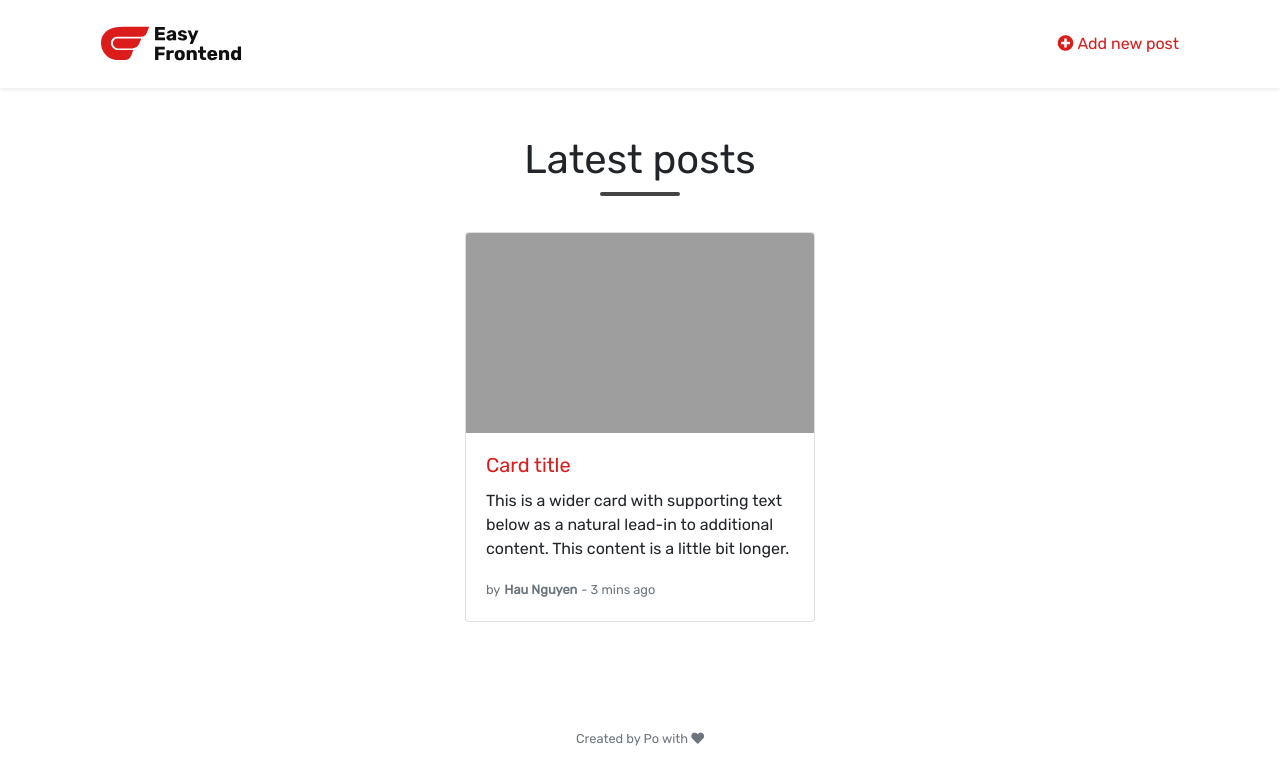
Repository: nptg3105/Post-UI-Project
Page: index.html
The author's editor kept a copy of each file at every save. The page is drawn from the files as they stood at one save, then again after the next save.
The browser window is 1280 px wide. The pictures show the whole page.
Pictures or frames that could not be fetched are drawn as grey boxes. Some web libraries are served in a nearby version.

Above is the page before, as saved 2022-07-10 20:52:14.

### index.html
<!DOCTYPE html>
<html lang="en">
  <head>
    <meta charset="UTF-8" />
    <meta name="viewport" content="width=device-width, initial-scale=1.0" />
    <meta http-equiv="X-UA-Compatible" content="ie=edge" />
    <title>Posts UI</title>

    <link rel="shortcut icon" href="images/favicon.png" type="image/png" />

    <!-- Bootstrap CSS -->
    <link
      rel="stylesheet"
      href="https://stackpath.bootstrapcdn.com/bootstrap/4.3.1/css/bootstrap.min.css"
      integrity="sha384-ggOyR0iXCbMQv3Xipma34MD+dH/1fQ784/j6cY/iJTQUOhcWr7x9JvoRxT2MZw1T"
      crossorigin="anonymous"
    />

    <!-- Font awesome -->
    <link
      rel="stylesheet"
      href="https://use.fontawesome.com/releases/v5.8.2/css/all.css"
      integrity="sha384-oS3vJWv+0UjzBfQzYUhtDYW+Pj2yciDJxpsK1OYPAYjqT085Qq/1cq5FLXAZQ7Ay"
      crossorigin="anonymous"
    />

    <!-- Use font Rubik -->
    <link href="https://fonts.googleapis.com/css?family=Rubik&display=swap" rel="stylesheet" />

    <!-- Internal CSS -->
    <link rel="stylesheet" href="/style/main.css" />
    <link rel="stylesheet" href="/style/home.css" />
  </head>

  <body>
    <!-- This is a template HTML for a post item -->
    <template id="postItemTemplate">
      <li class="col-12 col-md-6 col-lg-4">
        <div class="post-item mb-4">
          <div class="card">
            <img data-id="thumbnail" src="images/recipe.jpg" class="card-img-top" alt="recipe" />

            <div class="card-body">
              <h5 data-id="title" class="card-title">Card title</h5>

              <p data-id="description" class="card-text">
                This is a wider card with supporting text below as a natural lead-in to additional content. This content
                is a little bit longer.
              </p>

              <p class="card-text">
                <small class="text-muted">by</small>
                <small data-id="author" class="text-muted font-weight-bold"> Hau Nguyen </small>
                <small data-id="timeSpan" class="text-muted"> - 3 mins ago </small>
              </p>
            </div>
          </div>

          <div class="post-item-menu">
            <div data-id="edit" class="menu-item rounded-circle" role="button">
              <i class="fas fa-pen"></i>
            </div>
            <div data-id="remove" class="remove-button menu-item rounded-circle" role="button">
              <i class="fas fa-trash"></i>
            </div>
          </div>
        </div>
      </li>
    </template>

    <header>
      <!-- Navigation
      - Please note that we use an empty item to make sure that we always have 3 flex-items
        so logo is at centered, and the left and the right item can be optional by leaving it empty
    -->
      <nav class="top-nav shadow-sm py-3">
        <div class="container">
          <ul class="nav justify-content-between align-items-center">
            <li class="nav-item">
              <a class="nav-link" href="">
                <img class="nav__logo" src="images/logo.svg" alt="Logo Nordic Coder" />
              </a>
            </li>

            <li class="nav-item">
              <a class="nav-link" href="add-edit-post.html"><i class="fas fa-plus-circle mr-1"></i>Add new post</a>
            </li>
          </ul>
        </div>
      </nav>
    </header>

    <main>
      <section class="posts-section">
        <div class="container">
          <h1 class="with-underline text-center">Latest posts</h1>

          <!-- Posts list -->
          <ul id="postsList" class="row posts-list justify-content-center">
            <li class="col-12 col-md-6 col-lg-4">
              <div class="post-item mb-4">
                <div class="card">
                  <img
                    src="images/recipe.jpg"
                    class="card-img-top"
                    alt="recipe"
                    onerror="this.onerror=null;this.src='https://picsum.photos/1368/400';"
                  />

                  <div class="card-body">
                    <h5 class="card-title">Card title</h5>

                    <p class="card-text">
                      This is a wider card with supporting text below as a natural lead-in to additional content. This
                      content is a little bit longer.
                    </p>

                    <p class="card-text">
                      <small class="text-muted">by</small>
                      <small class="text-muted font-weight-bold">Hau Nguyen</small>
                      <small class="text-muted">- 3 mins ago</small>
                    </p>
                  </div>
                </div>

                <div class="post-item-menu">
                  <div class="menu-item rounded-circle">
                    <i class="fas fa-pen"></i>
                  </div>
                  <div class="menu-item rounded-circle">
                    <i class="fas fa-trash"></i>
                  </div>
                </div>
              </div>
            </li>
          </ul>

          <!-- Posts pagination -->
          <nav class="posts-nav" aria-label="Posts navigation">
            <ul hidden id="postsPagination" class="pagination justify-content-center">
              <li class="page-item">
                <a class="page-link" href="#" aria-label="Previous">
                  <span aria-hidden="true">&laquo;</span>
                </a>
              </li>
              <li class="page-item"><a class="page-link" href="#">1</a></li>
              <li class="page-item"><a class="page-link" href="#">2</a></li>
              <li class="page-item"><a class="page-link" href="#">3</a></li>
              <li class="page-item">
                <a class="page-link" href="#" aria-label="Next">
                  <span aria-hidden="true">&raquo;</span>
                </a>
              </li>
            </ul>
          </nav>
        </div>
      </section>
    </main>

    <footer class="text-center text-muted py-3">
      <small>Created by Po with <i class="fas fa-heart"></i></small>
    </footer>

    <!-- Scripts should be placed here to prevent blocking render UI -->
    <script type="module" src="/js/main.js"></script>
  </body>
</html>

### style/main.css
* {
  padding: 0;
  margin: 0;
  box-sizing: border-box;
}

body {
  /* Make footer always at bottom of our screen */
  display: flex;
  flex-flow: column;
  min-height: 100vh;

  font-family: "Rubik", sans-serif;
}

body > main {
  flex: 1 1 auto;
}

:root {
  --primary-color: #dc1b1b;
}

/* Override link style */
a {
  color: var(--primary-color);
}

a:hover {
  color: var(--primary-color);
  opacity: 0.8;
}

a > i {
  transition: all 0.25s;
}

a:hover > i {
  transform: rotate(90deg);
}

/* Add underline for all h1 */
h1.with-underline {
  position: relative;
  margin-bottom: 3rem;
}

h1.with-underline::after {
  content: "";
  position: absolute;
  top: calc(100% + 0.5rem);
  left: 0;
  right: 0;

  width: 5rem;
  height: 0.25rem;
  margin: 0 auto;
  border-radius: 0.25rem;

  background-color: #444;
}

/* Reset ul style */
ul {
  list-style-type: none;
}

::placeholder {
  font-style: italic;
}

.nav .nav__logo {
  height: 40px;
  width: auto;
}

### style/home.css
.posts-section {
  padding: 3rem 0;
}

.posts-section .post-item .card-title {
  color: var(--primary-color);
}

/* Add box shadow on card hover */
.posts-section .post-item:hover {
  box-shadow: 0 0.5rem 1rem rgba(0, 0, 0, 0.15);
  cursor: pointer;
}

/* Zoom card image when hover on card */
.posts-section .post-item {
  overflow: hidden;
}
.posts-section .post-item .card-img-top {
  height: 200px;
  width: auto;
  transition: all 0.5s;
}
.posts-section .post-item:hover .card-img-top {
  transform: scale(1.1);
}

/* Show menu on card hover */
.posts-section .post-item {
  position: relative;
}

.posts-section .post-item .post-item-menu {
  transform: scale(1);
  opacity: 1;
}

@media only screen and (min-width: 768px) {
  .posts-section .post-item .post-item-menu {
    transform: scale(0.5);
    opacity: 0;
  }

  .posts-section .post-item:hover .post-item-menu {
    transform: scale(1);
    opacity: 1;
  }
}

.posts-section .post-item-menu {
  position: absolute;
  top: 1rem;
  right: 1rem;

  transition: all 0.5s;
  transform: scale(0.5);
  transform-origin: top;
  opacity: 0;
}

.posts-section .post-item-menu .menu-item {
  display: flex;
  flex-flow: row nowrap;
  align-items: center;
  justify-content: center;

  width: 2.5rem;
  height: 2.5rem;
  margin-bottom: 1rem;

  color: rgba(255, 255, 255, 0.5);
  background-color: #444;

  transition: all 0.35s;
  opacity: 0.7;
}

.posts-section .post-item-menu .menu-item:hover {
  color: white;
  background-color: black;
  opacity: 1;
}

/**************
  POSTS NAV
*/

/* Use primary color for page link */
.posts-nav .page-item.active .page-link {
  color: white;
  background-color: var(--primary-color);
  border-color: var(--primary-color);
}

.posts-nav .page-item .page-link {
  color: #444;
}

/* Change color for page link if page item is not active */
.posts-nav .page-item:not(.active) .page-link:hover {
  color: var(--primary-color);
}

Loaded but not shown: js/main.js (common file)

After the next save:
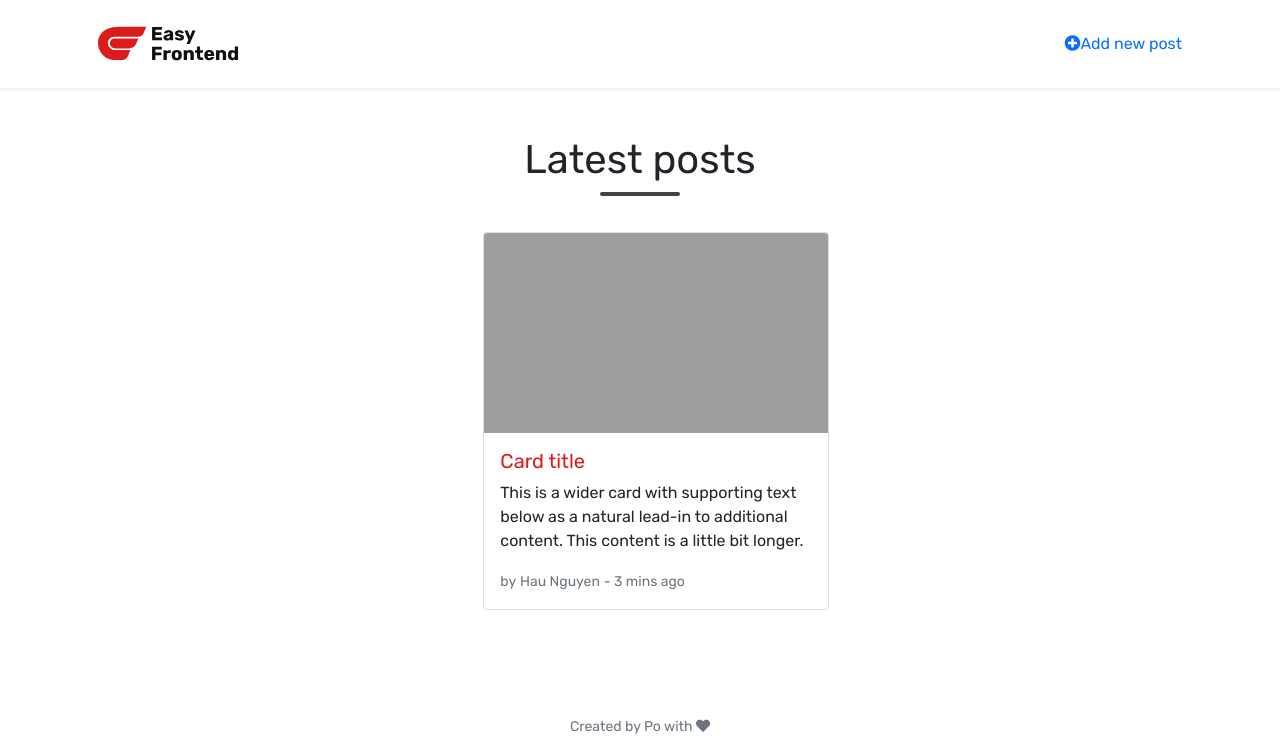
Saved 19 min 32 s later.
--- a/index.html
+++ b/index.html
@@ -10,9 +10,9 @@
 
     <!-- Bootstrap CSS -->
     <link
+      href="https://cdn.jsdelivr.net/npm/bootstrap@5.0.2/dist/css/bootstrap.min.css"
       rel="stylesheet"
-      href="https://stackpath.bootstrapcdn.com/bootstrap/4.3.1/css/bootstrap.min.css"
-      integrity="sha384-ggOyR0iXCbMQv3Xipma34MD+dH/1fQ784/j6cY/iJTQUOhcWr7x9JvoRxT2MZw1T"
+      integrity="sha384-EVSTQN3/azprG1Anm3QDgpJLIm9Nao0Yz1ztcQTwFspd3yD65VohhpuuCOmLASjC"
       crossorigin="anonymous"
     />
 
